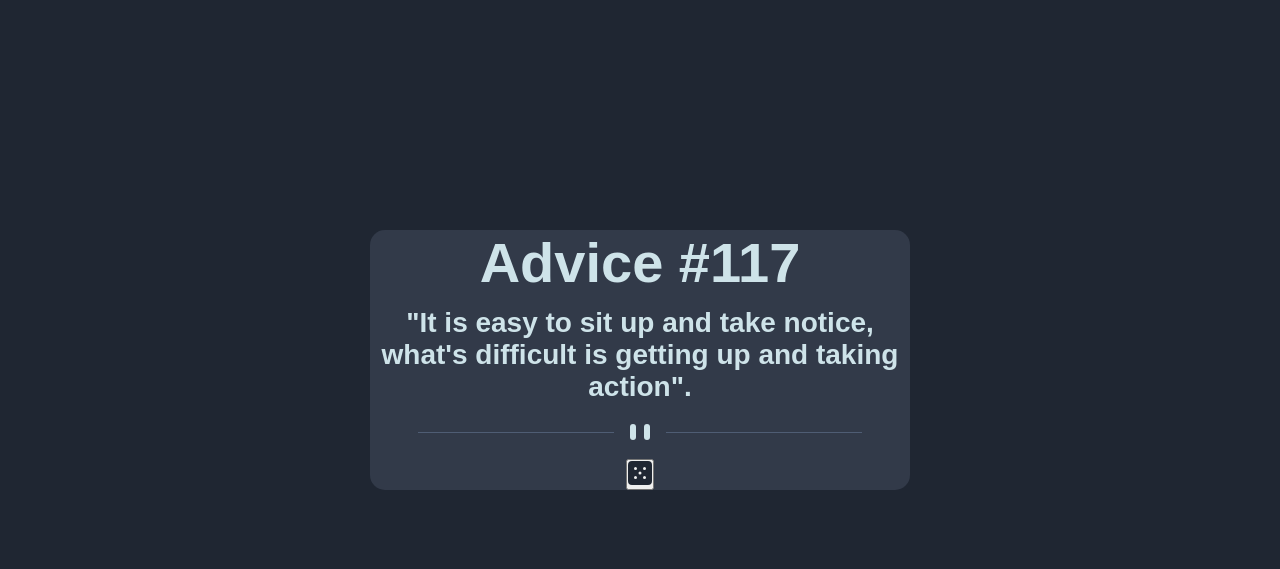
Repository: Daki-builds/advice-generator-app
Page: index.html
These files come from the project's save history. The page is drawn as it stood at one moment and after the next save; the edit follows.
The browser window is 1280 px wide. The pictures show the whole page.

Above is the page before, as saved 2026-10-08 18:51:30.

### index.html
<!DOCTYPE html>
<html lang="en">

<head>
  <meta charset="UTF-8">
  <meta name="viewport" content="width=device-width, initial-scale=1.0">
  <link rel="icon" type="image/png" sizes="32x32" href="./images/favicon-32x32.png">
  <link rel="stylesheet" href="style.css">
  <title>Frontend Mentor | Advice generator app</title>

</head>

<body>
  <main class="container">
    <h1>Advice #<span id="advice-id">117</span></h1>
    <p id="adviceText">"It is easy to sit up and take notice, what's difficult is getting up and taking action".</p>
    <div>
      <img src="./images/pattern-divider-desktop.svg" alt="divider">
    </div>
    <button id="adviceBtn"><img src="./images/icon-dice.svg" alt="dice">
    </button>
  </main>
</body>

</html>

### style.css
* {
  margin: 0;
  padding: 0;
  box-sizing: border-box;
}

:root {
  --blue-200: hsl(193, 38%, 86%);
  --green-300: hsl(150, 100%, 66%);
  --blue-600: hsl(217, 19%, 38%);
  --blue-900: hsl(217, 19%, 24%);
  --blue-950: hsl(218, 23%, 16%);

  --font-family: "Manrope", sans-serif;
  --font-weight: 800;
  --font-size: 28px;
}

body {
  font-family: var(--font-family);
  font-weight: var(--font-weight);
  font-size: var(--font-size);
  background-color: var(--blue-950);
  color: var(--blue-200);
  display: flex;
  justify-content: center;
  align-items: center;
  min-height: 100vh;
}

.container {
  position: relative;
  background-color: var(--blue-900);
  display: flex;
  flex-direction: column;
  align-items: center;
  gap: 12px;
  width: 100%;
  max-width: 540px;
  border-radius: 15px;
  text-align: center;
}

After the next save:
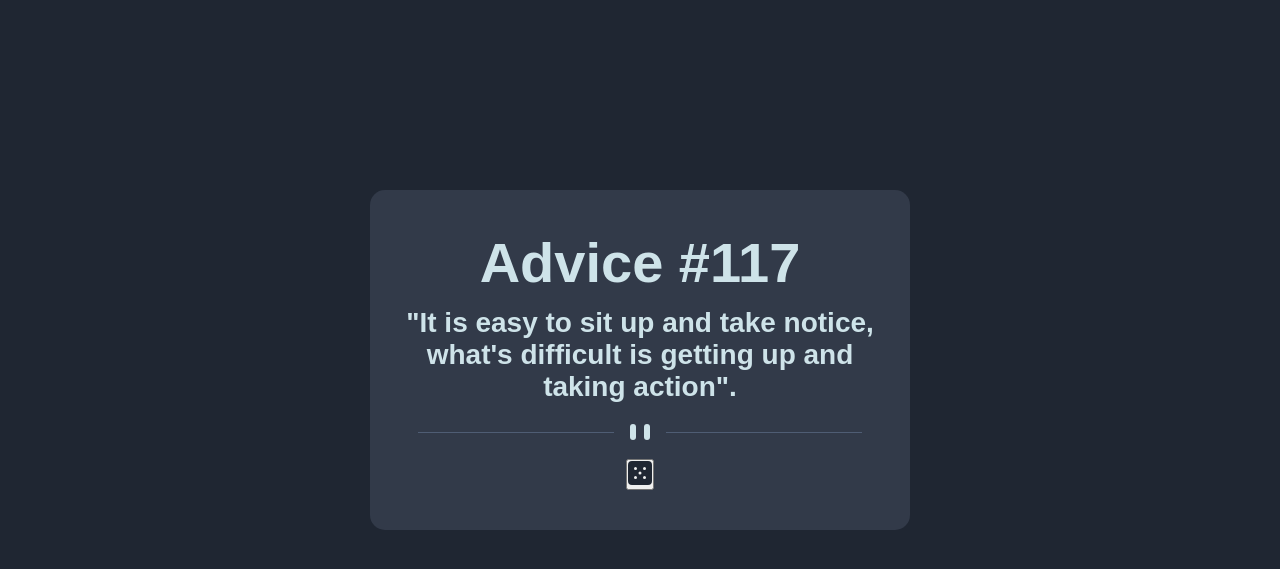
Saved 16 s later.
--- a/style.css
+++ b/style.css
@@ -35,6 +35,7 @@ body {
   flex-direction: column;
   align-items: center;
   gap: 12px;
+  padding: 40px 20px;
   width: 100%;
   max-width: 540px;
   border-radius: 15px;
